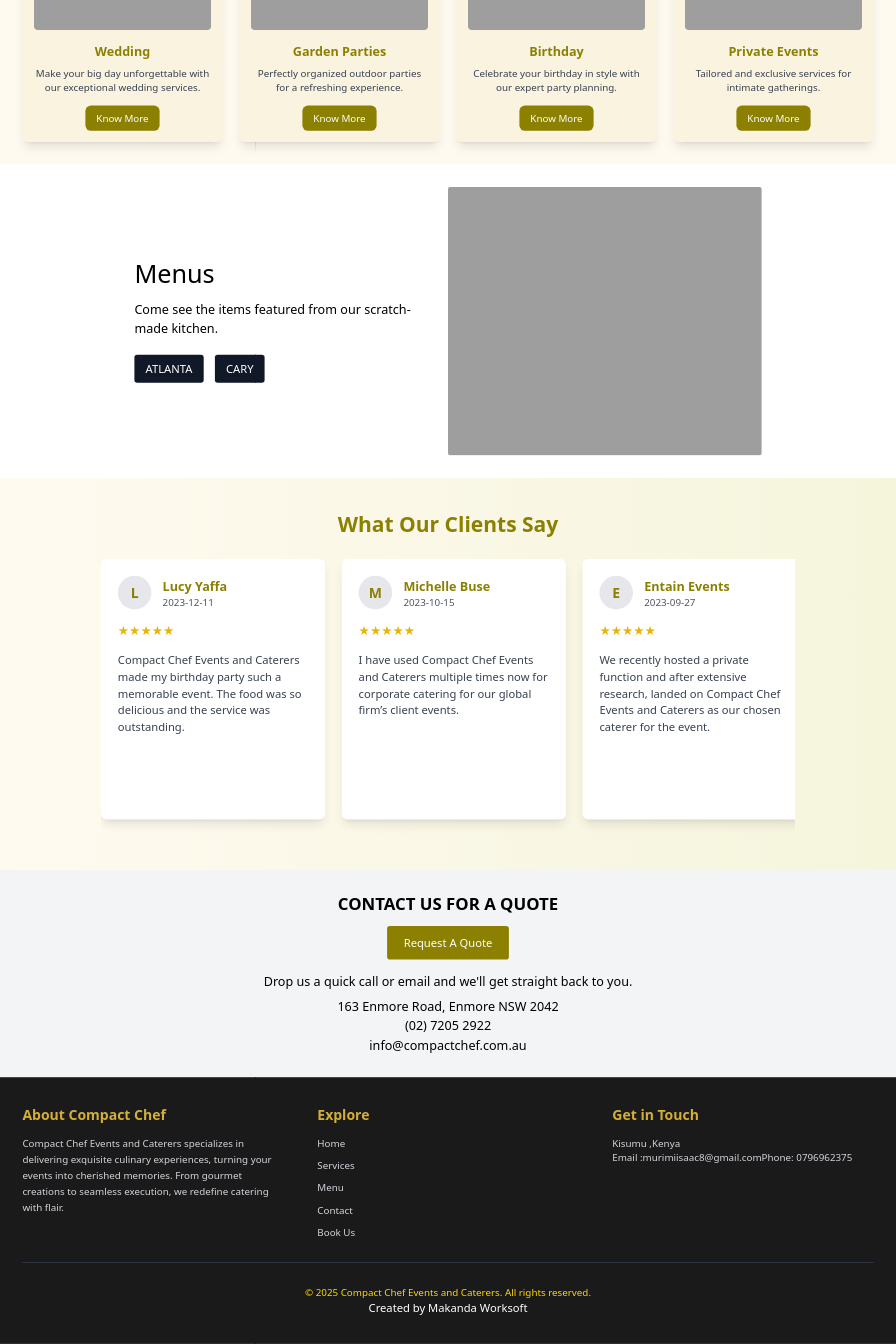
Repository: makanda596/compactchef
Page: /
The author's editor kept a copy of each file at every save. The page is drawn from the files as they stood at one save, then again after a run of saves.
The browser window is 1280 px wide. The pictures show the part of the page from y = 2057 to 3977 px (the page is 3977 px tall), at 70% of full size.
Pictures or frames that could not be fetched are drawn as grey boxes. The project was rebuilt for these pictures with package versions that can differ from the ones it lists, and the page was loaded fresh each time. Also part of the build but not shown: src/pages/Services.jsx, src/pages/Menu.jsx, src/pages/Contact.jsx, src/pages/Book.jsx.

Above is the page before, as saved 2025-01-08 15:35:15.

### public/index.html
<!DOCTYPE html>
<html lang="en">
  <head>
    <meta charset="utf-8" />
    <link rel="icon" href="./logo.jpg" />
    <meta name="viewport" content="width=device-width, initial-scale=1" />

    <link rel="apple-touch-icon" href="./logo.jpg" />


    <title>CompactChef Events</title>
  </head>
  <body>
    <div id="root"></div>
  </body>
</html>

### src/pages/Home.jsx
import React from 'react'
import Hero from '../components/Hero.jsx'
import Client from '../components/Client.jsx'
import About from '../components/About.jsx'
import Reviews from '../components/Reviews.jsx'
import Footer from '../components/Footer.jsx'
import Navbar from '../components/Navbar.jsx'
function Home() {
    return (
        <div>
            <Navbar />
            <Hero />
            <Client />
            <About />
            <Footer />
        </div>
    )
}

export default Home

### src/components/Navbar.jsx
import React, { useState } from "react";
import logo from '../assets/logo.jpg'
const Navbar = () => {
    const [isOpen, setIsOpen] = useState(false);

    return (
        <nav className="bg-gold shadow-lg fixed top-0 z-50 w-full">
            <div className="container mx-auto px-4 flex justify-between items-center h-16">

                <div className="text-white font-bold text-2xl flex space-x-4">
                    <img src={logo} alt="" className="w-10 rounded-lg object-cover" />
                    <p>Compact Chefs</p></div>

                <div className="lg:hidden">
                    <button
                        onClick={() => setIsOpen(!isOpen)}
                        className="text-white focus:outline-none"
                    >
                        <svg
                            className="w-6 h-6"
                            xmlns="http://www.w3.org/2000/svg"
                            fill="none"
                            viewBox="0 0 24 24"
                            stroke="currentColor"
                        >
                            {isOpen ? (
                                <path
                                    strokeLinecap="round"
                                    strokeLinejoin="round"
                                    strokeWidth="2"
                                    d="M6 18L18 6M6 6l12 12"
                                />
                            ) : (
                                <path
                                    strokeLinecap="round"
                                    strokeLinejoin="round"
                                    strokeWidth="2"
                                    d="M4 6h16M4 12h16M4 18h16"
                                />
                            )}
                        </svg>
                    </button>
                </div>

                {/* Links for Desktop */}
                <div className="hidden lg:flex space-x-6">
                    <a href="/" className="text-white hover:underline">
                        Home
                    </a>
                    <a href="services" className="text-white hover:underline">
                        Services
                    </a>
                    <a href="menu" className="text-white hover:underline">
                        Menu
                    </a>
                    <a href="contact" className="text-white hover:underline">
                        Contact
                    </a>
                    <a href="book" className="text-white hover:underline">
                        Book Us
                    </a>
                </div>
            </div>

            {/* Mobile Menu */}
            {isOpen && (
                <div className="lg:hidden bg-orange-400">
                    <a
                        href="/"
                        className="block py-2 px-4 text-white hover:bg-orange-300"
                    >
                        Home
                    </a>
                    <a
                        href="services"
                        className="block py-2 px-4 text-white hover:bg-orange-300"
                    >
                        Services
                    </a>
                    <a
                        href="menu"
                        className="block py-2 px-4 text-white hover:bg-orange-300"
                    >
                        Menu
                    </a>
                    <a
                        href="contact"
                        className="block py-2 px-4 text-white hover:bg-orange-300"
                    >
                        Contact
                    </a>
                    <a
                        href="book"
                        className="block py-2 px-4 text-white hover:bg-orange-300"
                    >
                        Book Us
                    </a>
                </div>
            )}
        </nav>
    );
};

export default Navbar;

### src/components/Hero.jsx
import React from 'react';
import event from '../assets/event.jpg'
import { motion } from "framer-motion";
function Hero() {

    const herofiles = [
        {
            id: 1,
        },
        {
            id: 1,
            img: "https://res.cloudinary.com/db5pgr14l/image/upload/v1736261948/compactChef/jexwbm6cu6letodrhwga.jpg"
        },
        {
            id: 1,
            img: "https://res.cloudinary.com/db5pgr14l/image/upload/v1736261950/compactChef/pmne88kacyveovx5736t.jpg"
        },
        {
            id: 1,
        }
        ,
        {
            id: 1,
            img: event
        },
        {
            id: 1,
        },
        {
            id: 1,
        },


    ]

    return (

        <div className="grid md:grid-cols-2 gap-4 my-2 px-2 pt-20">
            <div className="relative flex flex-col h-screen">
                <img src="https://res.cloudinary.com/db5pgr14l/image/upload/v1736261950/compactChef/qpq1t8gpht4m4uktjvhd.jpg" alt="Hero" className="object-cover w-full h-full" />
                <div className="absolute top-0 left-0 w-full h-full bg-yellow-500 bg-opacity-20 flex flex-col justify-center items-center text-white p-8">
                    <h1 className="text-4xl font-bold text-center text-white">COMPACT CHEFS EVENTS AND CATERERS</h1>
                    <p className="mt-4 text-3xl text-center">Where your food speaks for your taste</p>
                    <button className="mt-6 bg-orange-500 px-6 py-2 rounded text-white-500 hover:bg-gray-700">BOOK WITH US</button>
                </div>
            </div>

            <div className="gap-4 p-12">
                <div className="grid grid-cols-4 gap-4 mb-4">
                    {herofiles.slice(0, 4).map((item, index) => (
                        <motion.img
                            src={item.img}
                            alt=""
                            key={index}
                            className="h-64 w-full rounded-lg object-cover"
                            initial={{ opacity: 0 }}  // Starts with 0 opacity
                            animate={{ opacity: 1 }}   // Fades in to 1 opacity
                            transition={{ duration: 0.8, delay: index * 0.2 }}  // Staggered fade-in
                        />
                    ))}
                </div>

                <div className="grid grid-cols-3 gap-4 mb-4">
                    {herofiles.slice(4, 7).map((item, index) => (
                        <motion.img
                            src={item.img}
                            alt=""
                            key={index}
                            className="h-64 w-full rounded-lg object-cover"
                            initial={{ opacity: 0 }}  // Starts with 0 opacity
                            animate={{ opacity: 1 }}   // Fades in to 1 opacity
                            transition={{ duration: 0.8, delay: index * 0.2 }}  // Staggered fade-in
                        />
                    ))}
                </div>
            </div>
            );

        </div>
    )
}
export default Hero;

### src/components/Client.jsx
import React from 'react'

import hero from '../assets/hero.jpg';
import event from '../assets/event.jpg'
import cake from '../assets/cake.jpg'
function Client() {
    const clients = [
        {
            id: 1,
            img: hero,
            name: 'organization'
        },
        {
            id: 1,
            img: cake,
            name: 'organization'

        },
        {
            id: 1,
            img: event,
            name: 'organization'

        },
        {
            id: 1,
            img: hero,
            name: 'organization'

        }
        ,
        {
            id: 1,
            img: event,
            name: 'organization'

        },
        {
            id: 1,
            img: hero,


        },
        {
            id: 1,
            img: hero
        },


    ]
    return (
        <div className="px-4 py-0">
            <div className="overflow-hidden">
                <div className="flex animate-slide  ">
                    {clients.map((client, index) => (
                        <div key={index} className=" flex-row  justify-items-center mx-2 ">
                            <img
                                src={client.img}
                                alt={client.name}
                                className="h-20 w-20 rounded-full object-cover"
                            />
                            <p className="ml-4 text-lg ">{client.name}</p>
                        </div>
                    ))}
                </div>
            </div>
        </div>

    )
}

export default Client

### src/components/Reviews.jsx
import React from 'react';

const reviews = [
    {
        name: "Lucy Yaffa",
        date: "2023-12-11",
        rating: "★★★★★",
        review: "Compact Chef Events and Caterers made my birthday party such a memorable event. The food was so delicious and the service was outstanding."
    },
    {
        name: "Michelle Buse",
        date: "2023-10-15",
        rating: "★★★★★",
        review: "I have used Compact Chef Events and Caterers multiple times now for corporate catering for our global firm’s client events. "
    },
    {
        name: "Entain Events",
        date: "2023-09-27",
        rating: "★★★★★",
        review: "We recently hosted a private function and after extensive research, landed on Compact Chef Events and Caterers as our chosen caterer for the event."
    },
    {
        name: "John Doe",
        date: "2023-08-21",
        rating: "★★★★★",
        review: "Fantastic experience with Compact Chef Events and Caterers! They provided an excellent selection of dishes for our wedding. "
    },
    {
        name: "Sarah Bell",
        date: "2023-07-14",
        rating: "★★★★★",
        review: "Compact Chef Events and Caterers’ catering service for our company retreat was top-notch! Everything from the food to the service was perfect. Florencia was a pleasure to work with, and she helped customize the menu to fit our needs.",
    },
    {
        name: "Chris Brown",
        date: "2023-05-30",
        rating: "★★★★★",
        review: "The team at Compact Chef Events and Caterers catered our charity event and exceeded all expectations. The food was divine and the service was impeccable. We truly appreciate their professionalism and would not hesitate to hire them for future events.",
    }
];

const Review = () => {
    return (
        <div className="bg-gradient-to-r from-[#fffaf0] to-[#f5f5dc] py-12">
            <div className="max-w-5xl mx-auto px-4">
                <h2 className="text-3xl font-bold text-center text-[#8b8000] mb-8">What Our Clients Say</h2>

                {/* Horizontal scrollable container */}
                <div className="flex space-x-6 overflow-x-auto pb-6">
                    {reviews.map((review, index) => (
                        <div
                            key={index}
                            className="bg-white p-6 rounded-lg shadow-lg hover:shadow-2xl transition-shadow duration-300 transform hover:scale-105 flex-shrink-0 w-80"
                        >
                            <div className="flex items-center space-x-4 mb-4">
                                <div className="w-12 h-12 bg-gray-200 rounded-full flex items-center justify-center text-xl font-bold text-[#8b8000]">
                                    {review.name[0]}
                                </div>
                                <div>
                                    <h3 className="text-lg font-semibold text-[#8b8000]">{review.name}</h3>
                                    <p className="text-sm text-gray-600">{review.date}</p>
                                </div>
                            </div>
                            <div className="flex items-center space-x-2 mb-4">
                                <p className="text-yellow-500 text-lg">{review.rating}</p>
                            </div>
                            <p className="mt-4 text-gray-700">{review.review}</p>
                        </div>
                    ))}
                </div>
            </div>
        </div>
    );
};

export default Review;

### src/components/Footer.jsx
import React from 'react';

const Footer = () => {
    return (
        <footer className="bg-[#1a1a1a] text-white py-10">
            <div className="max-w-7xl mx-auto px-6 sm:px-8">
                {/* Top Section */}
                <div className="grid grid-cols-1 md:grid-cols-3 gap-12">
                    {/* About Section */}
                    <div>
                        <h3 className="text-xl font-bold text-[#d4af37] mb-4">About Compact Chef</h3>
                        <p className="text-sm text-gray-300 leading-relaxed">
                            Compact Chef Events and Caterers specializes in delivering exquisite culinary experiences, turning your events into cherished memories. From gourmet creations to seamless execution, we redefine catering with flair.
                        </p>
                    </div>

                    {/* Navigation Links */}
                    <div>
                        <h3 className="text-xl font-bold text-[#d4af37] mb-4">Explore</h3>
                        <ul className="text-sm text-gray-300 space-y-3">
                            <li>
                                <a href="/src" className="hover:text-[#d4af37] transition-colors">Home</a>
                            </li>
                            <li>
                                <a href="/services" className="hover:text-[#d4af37] transition-colors">Services</a>
                            </li>
                            <li>
                                <a href="/menu" className="hover:text-[#d4af37] transition-colors">Menu</a>
                            </li>
                            <li>
                                <a href="/contact" className="hover:text-[#d4af37] transition-colors">Contact</a>
                            </li>
                            <li>
                                <a href="/book" className="hover:text-[#d4af37] transition-colors">Book Us</a>
                            </li>
                        </ul>
                    </div>

                    <div>
                        <h3 className="text-xl font-bold text-[#d4af37] mb-4">Get in Touch</h3>
                        <ul className="text-sm text-gray-300 space-y-2 flex-row">
                            <li>Kisumu ,Kenya</li>
                            <a href="mailto:murimiisaac8@gmail.com" target="_blank"
                                rel="noopener noreferrer">Email :murimiisaac8@gmail.com</a>
                            <a href="tel:+254796962375" target="_blank"
                                rel="noopener noreferrer">Phone: 0796962375</a>
                        </ul>
                        <div className="flex space-x-4 mt-4">
                            <a href="#" aria-label="Facebook" className="text-[#d4af37] hover:opacity-80">
                                <i className="fab fa-facebook-f"></i>
                            </a>
                            <a href="#" aria-label="Instagram" className="text-[#d4af37] hover:opacity-80">
                                <i className="fab fa-instagram"></i>
                            </a>
                            <a href="#" aria-label="Twitter" className="text-[#d4af37] hover:opacity-80">
                                <i className="fab fa-twitter"></i>
                            </a>
                        </div>
                    </div>
                </div>

                {/* Divider */}
                <div className="border-t border-gray-700 my-8"></div>

                <div className="text-center">
                    <p className="text-sm text-gold">
                        &copy; {new Date().getFullYear()} Compact Chef Events and Caterers. All rights reserved.
                    </p>
                    Created by <a href="https://wa.me/+254742149060" target="_blank" rel="noopener noreferrer"> Makanda Worksoft</a>
                </div>
            </div>
        </footer>
    );
};

export default Footer;

Loaded but not shown: src/index.js (common file); src/index.css (common file); src/reportWebVitals.js (common file); src/App.js (28 lines, source omitted); tailwind.config.js (25 lines, source omitted); src/components/About.jsx (206 lines, source omitted)

After the next 2 saves:
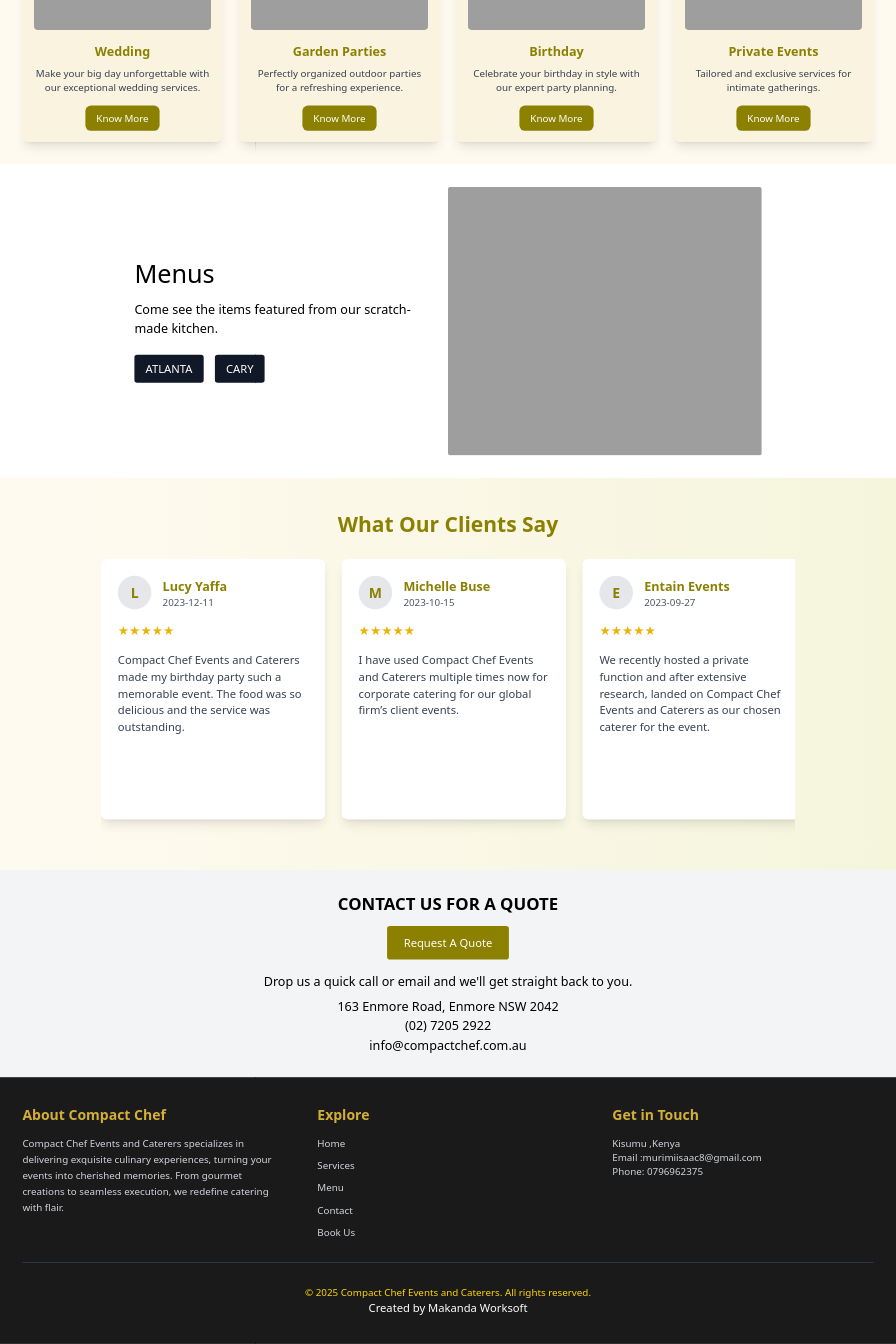
The 2 saves are shown as one change because 1 did not build or start.
The last was saved 42 s later.
--- a/src/components/Footer.jsx
+++ b/src/components/Footer.jsx
@@ -41,7 +41,7 @@ const Footer = () => {
                         <ul className="text-sm text-gray-300 space-y-2 flex-row">
                             <li>Kisumu ,Kenya</li>
                             <a href="mailto:murimiisaac8@gmail.com" target="_blank"
-                                rel="noopener noreferrer">Email :murimiisaac8@gmail.com</a>
+                                rel="noopener noreferrer">Email :murimiisaac8@gmail.com</a> <br />
                             <a href="tel:+254796962375" target="_blank"
                                 rel="noopener noreferrer">Phone: 0796962375</a>
                         </ul>
@@ -69,7 +69,7 @@ const Footer = () => {
                     Created by <a href="https://wa.me/+254742149060" target="_blank" rel="noopener noreferrer"> Makanda Worksoft</a>
                 </div>
             </div>
-        </footer>
+        </footer >
     );
 };
 
